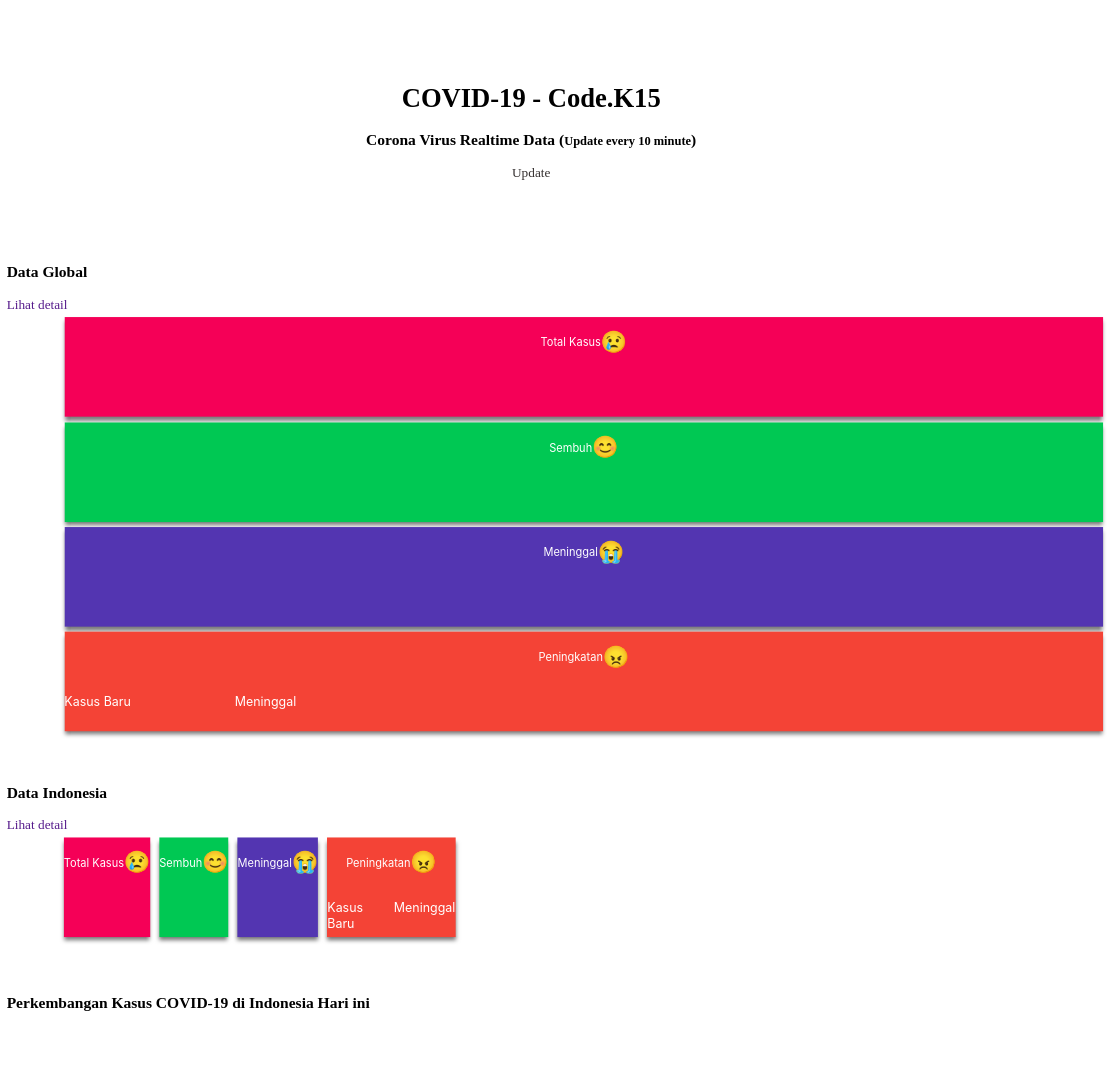
Repository: fathur15/covid19-monitoring
Page: http://localhost/covid19/apps/views/data/main/dashboard.php
These files come from the project's save history. The page is drawn as it stood at one moment and after the next save; the edit follows.
The browser window is 1280 px wide. The page is 1335 px wide, so the pictures cover 1335 px, including what lies to the right of the window. The pictures show the whole page, at 83% of full size.
The page is run by PHP 8.4 with error messages shown; the project is at /var/www/html/.

Above is the page before, as saved 2020-04-14 13:46:54.

### apps/views/data/main/dashboard.php

<style>

    #resumeGlobal p, h5{
        color: white;
        font-weight: 400;
        font-family: -apple-system, BlinkMacSystemFont, 'Segoe UI', Roboto, Oxygen, Ubuntu, Cantarell, 'Open Sans', 'Helvetica Neue', sans-serif
    }
    #resumeIndonesia p, h5{
        color: white;
        font-weight: 400;
        font-family: -apple-system, BlinkMacSystemFont, 'Segoe UI', Roboto, Oxygen, Ubuntu, Cantarell, 'Open Sans', 'Helvetica Neue', sans-serif
    }
    .shadow-box{
        -webkit-box-shadow: 0 15px 10px #777;
        -moz-box-shadow: 0 15px 10px #777;
        box-shadow: 0 5px 5px #777;

    }
    .content-main-wrapper{
        margin: 5% 0;
    }
    /* .shadow-box:after{
        -webkit-transform: rotate(3deg);
        -moz-transform: rotate(3deg);
        -o-transform: rotate(3deg);
        -ms-transform: rotate(3deg);
        transform: rotate(3deg);
        right: 10px;
        left: auto;
    } */

</style>
<div class="content">
    <div class="heading" style="margin: 100px 30%; text-align: center">
        <h1>COVID-19 - Code.K15</h1>
        <h3>Corona Virus Realtime Data (<small style="font-size: 15px">Update every 10 minute</small>)</h3>
        <p id="date-update" style="color: #353030;">Update</p>
    </div>
    <div class="main">
        <div class="container">
            <div class="row content-main-wrapper">
                <div class="head-main-content">
                    <h3>Data Global</h3>
                    <a style="text-decoration: none" href="">Lihat detail  <i class="fas fa-long-arrow-alt-right" aria-hidden="true"></i></a>
                </div>
                <div  id="resumeGlobal" class="" style="width: 100%; margin: 0 5%;" >
                    <div class="row">
                        <div class="card col-sm-3 shadow-box" style="background: #f50057; margin: 0.5%; align-items: center; height: 120px ">
                            <div class="card-body">
                                <div style="flex-direction: row; display: flex; justify-content: center; align-items: center">
                                    <h5 id="title-kasus-global" class="card-text">Total Kasus</h5>
                                    <span style="color: black; font-size: 25px; text-shadow: 0 0 0 yellow">&#x1F622</span>
                                </div>
                                <p class="card-text" id="kasus-global"></p>
                            </div>
                        </div>
                        <div class="card col-sm-3 shadow-box" style="background: #00c853; margin: 0.5%; align-items: center; height: 120px ">
                            <div class="card-body">
                                <div style="flex-direction: row; display: flex; justify-content: center; align-items: center">
                                    <h5 id="title-kasus-global" class="card-text">Sembuh</h5>
                                    <span style="color: black; font-size: 25px; text-shadow: 0 0 0 yellow">&#x1F60A</span>
                                </div>
                                <p class="card-text" id="sembuh-global"></p>
                                <!-- <p style="">Orang</p> -->
                            </div>
                        </div>
                        <div class="card col-sm-3 shadow-box" style="margin: 0.5%; height: 120px;align-items: center;  background :#5335b1">
                            <div class="card-body">
                                <div style="flex-direction: row; display: flex; justify-content: center; align-items: center;">
                                    <h5 id="title-kasus-global" class="card-text">Meninggal</h5>
                                    <span style="color: black; font-size: 25px; text-shadow: 0 0 0 yellow">&#x1F62D</span>
                                </div>
                                <p class="card-text" id="meninggal-global"></p>
                                <!-- <p style="">Orang</p> -->
                            </div>
                        </div>
                        <div class="card col-sm-3 shadow-box" style="margin: 0.5%; height: 120px; background: #f44336">
                            <div class="card-body">
                                <div style="flex-direction: row; display: flex; justify-content: center; align-items: center;">
                                    <h5 id="title-kasus-global" class="card-text">Peningkatan</h5>
                                    <span style="color: black; font-size: 25px; text-shadow: 0 0 0 yellow">&#x1F620</span>
                                </div>
                                <div style="flex-direction: row; display: flex;">
                                    <p style="font-size: 15px">Kasus Baru</p>
                                    <p style="margin-left: 10%; font-size: 15px">Meninggal </p>
                                </div>
                                <div style="display: flex; margin-top: -9%">
                                    <p style="font-size: 15px" class="card-text" id="kasus-baru-global"></p>
                                    <p style="margin-left: 10%; font-size: 15px" class="card-text" id="meninggal-baru-global"></p>
                                </div>
                            </div>
                        </div>
                    </div>
                </div>
            </div>
            <div class="row content-main-wrapper" >
                <div class="head-main-content">
                    <h3>Data Indonesia</h3>
                    <a style="text-decoration: none" href="">Lihat detail  <i class="fas fa-long-arrow-alt-right" aria-hidden="true"></i></a>
                </div>
                <div  id="resumeIndonesia" class="" style="width: 90%; display: flex; margin: 0 5%;" >
                    <div class="card col-sm-3 shadow-box" style="background: #f50057; margin: 0.5%; align-items: center; height: 120px ">
                        <div class="card-body">
                            <div style="flex-direction: row; display: flex; justify-content: center; align-items: center">
                                <h5 id="title-kasus-indonesia" class="card-text">Total Kasus</h5>
                                <span style="color: black; font-size: 25px; text-shadow: 0 0 0 yellow">&#x1F622</span>
                            </div>
                            <p style="font-size: 14px" class="card-text" id="kasus-indonesia"></p>
                        </div>
                    </div>
                    <div class="card col-sm-3 shadow-box" style="background: #00c853; margin: 0.5%; align-items: center; height: 120px ">
                        <div class="card-body">
                            <div style="flex-direction: row; display: flex; justify-content: center; align-items: center">
                                <h5 id="title-kasus-indonesia" class="card-text">Sembuh</h5>
                                <span style="color: black; font-size: 25px; text-shadow: 0 0 0 yellow">&#x1F60A</span>
                            </div>
                            <p class="card-text" id="sembuh-indonesia"></p>
                        </div>
                    </div>
                    <div class="card col-sm-3 shadow-box" style="margin: 0.5%; height: 120px;align-items: center;  background :#5335b1">
                        <div class="card-body">
                            <div style="flex-direction: row; display: flex; justify-content: center; align-items: center;">
                                <h5 id="title-kasus-indonesia" class="card-text">Meninggal</h5>
                                <span style="color: black; font-size: 25px; text-shadow: 0 0 0 yellow">&#x1F62D</span>
                            </div>
                            <p class="card-text" id="meninggal-indonesia"></p>
                        </div>
                    </div>
                    <div class="card col-sm-3 shadow-box" style="margin: 0.5%; height: 120px; background: #f44336">
                        <div class="card-body">
                            <div style="flex-direction: row; display: flex; justify-content: center; align-items: center;">
                                <h5 id="title-kasus-indonesia" class="card-text">Peningkatan</h5>
                                <span style="color: black; font-size: 25px; text-shadow: 0 0 0 yellow">&#x1F620</span>
                            </div>
                            <div style="flex-direction: row; display: flex;">
                                <p style="font-size: 15px">Kasus Baru</p>
                                <p style="margin-left: 10%; font-size: 15px">Meninggal </p>
                            </div>
                            <div style="display: flex; margin-top: -9%">
                                <p style="font-size: 15px" class="card-text" id="kasus-baru-indonesia"></p>
                                <p style="margin-left: 10%; font-size: 15px" class="card-text" id="meninggal-baru-indonesia"></p>
                            </div>
                        </div>
                    </div>
                </div>
            </div>
            <div class="row content-main-wrapper" >
                 <div class="head-main-content">
                    <h3>Perkembangan Kasus COVID-19 di Indonesia Hari ini</h3>
                </div>
            </div>
        </div>
    </div>
</div>

After the next save:
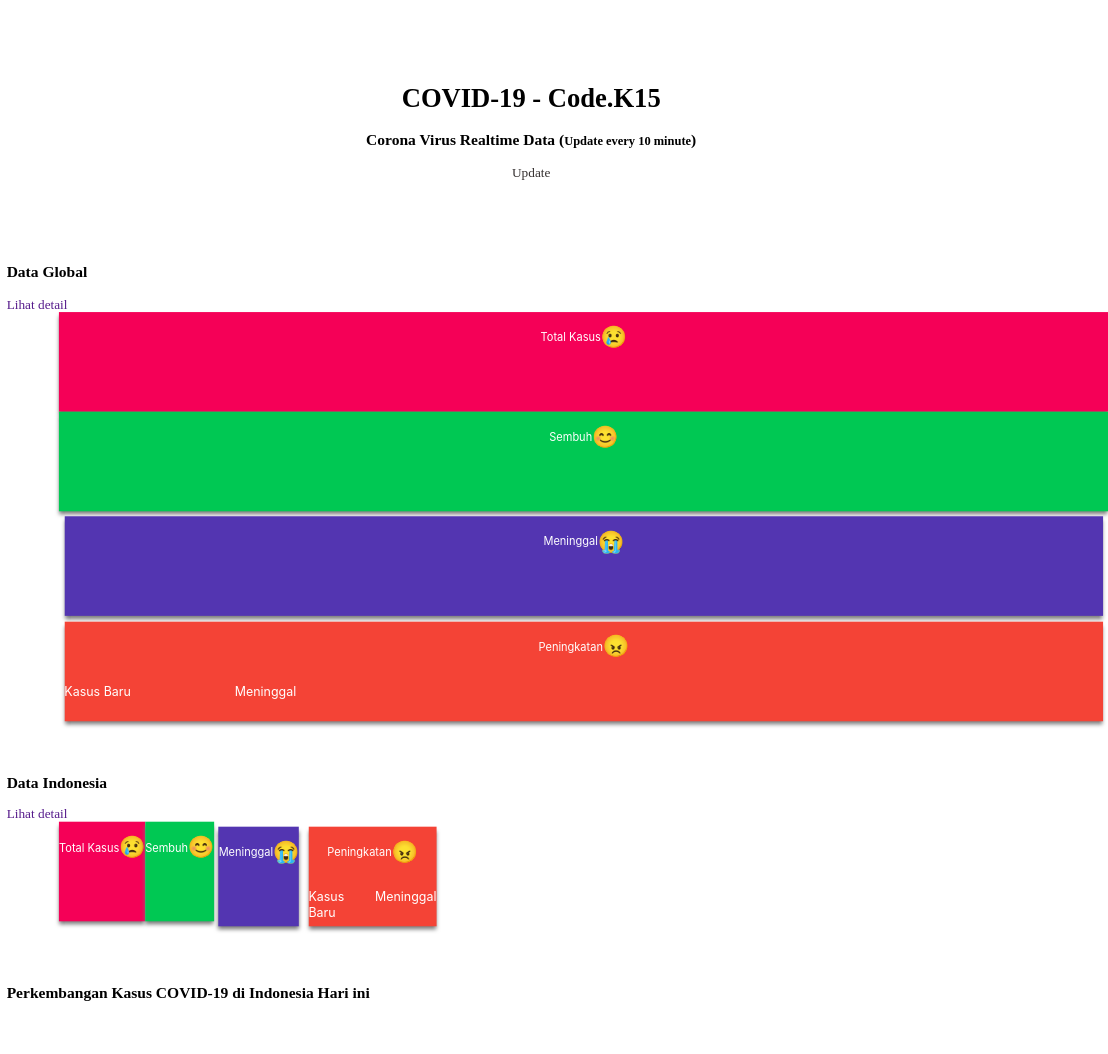
Saved 31 s later.
--- a/apps/views/data/main/dashboard.php
+++ b/apps/views/data/main/dashboard.php
@@ -46,7 +46,7 @@
                 </div>
                 <div  id="resumeGlobal" class="" style="width: 100%; margin: 0 5%;" >
                     <div class="row">
-                        <div class="card col-sm-3 shadow-box" style="background: #f50057; margin: 0.5%; align-items: center; height: 120px ">
+                        <div class="card col-sm-3 shadow-box" style="background: #f50057; align-items: center; height: 120px ">
                             <div class="card-body">
                                 <div style="flex-direction: row; display: flex; justify-content: center; align-items: center">
                                     <h5 id="title-kasus-global" class="card-text">Total Kasus</h5>
@@ -55,7 +55,7 @@
                                 <p class="card-text" id="kasus-global"></p>
                             </div>
                         </div>
-                        <div class="card col-sm-3 shadow-box" style="background: #00c853; margin: 0.5%; align-items: center; height: 120px ">
+                        <div class="card col-sm-3 shadow-box" style="background: #00c853; align-items: center; height: 120px ">
                             <div class="card-body">
                                 <div style="flex-direction: row; display: flex; justify-content: center; align-items: center">
                                     <h5 id="title-kasus-global" class="card-text">Sembuh</h5>
@@ -100,7 +100,7 @@
                     <a style="text-decoration: none" href="">Lihat detail  <i class="fas fa-long-arrow-alt-right" aria-hidden="true"></i></a>
                 </div>
                 <div  id="resumeIndonesia" class="" style="width: 90%; display: flex; margin: 0 5%;" >
-                    <div class="card col-sm-3 shadow-box" style="background: #f50057; margin: 0.5%; align-items: center; height: 120px ">
+                    <div class="card col-sm-3 shadow-box" style="background: #f50057; align-items: center; height: 120px ">
                         <div class="card-body">
                             <div style="flex-direction: row; display: flex; justify-content: center; align-items: center">
                                 <h5 id="title-kasus-indonesia" class="card-text">Total Kasus</h5>
@@ -109,7 +109,7 @@
                             <p style="font-size: 14px" class="card-text" id="kasus-indonesia"></p>
                         </div>
                     </div>
-                    <div class="card col-sm-3 shadow-box" style="background: #00c853; margin: 0.5%; align-items: center; height: 120px ">
+                    <div class="card col-sm-3 shadow-box" style="background: #00c853; align-items: center; height: 120px ">
                         <div class="card-body">
                             <div style="flex-direction: row; display: flex; justify-content: center; align-items: center">
                                 <h5 id="title-kasus-indonesia" class="card-text">Sembuh</h5>
